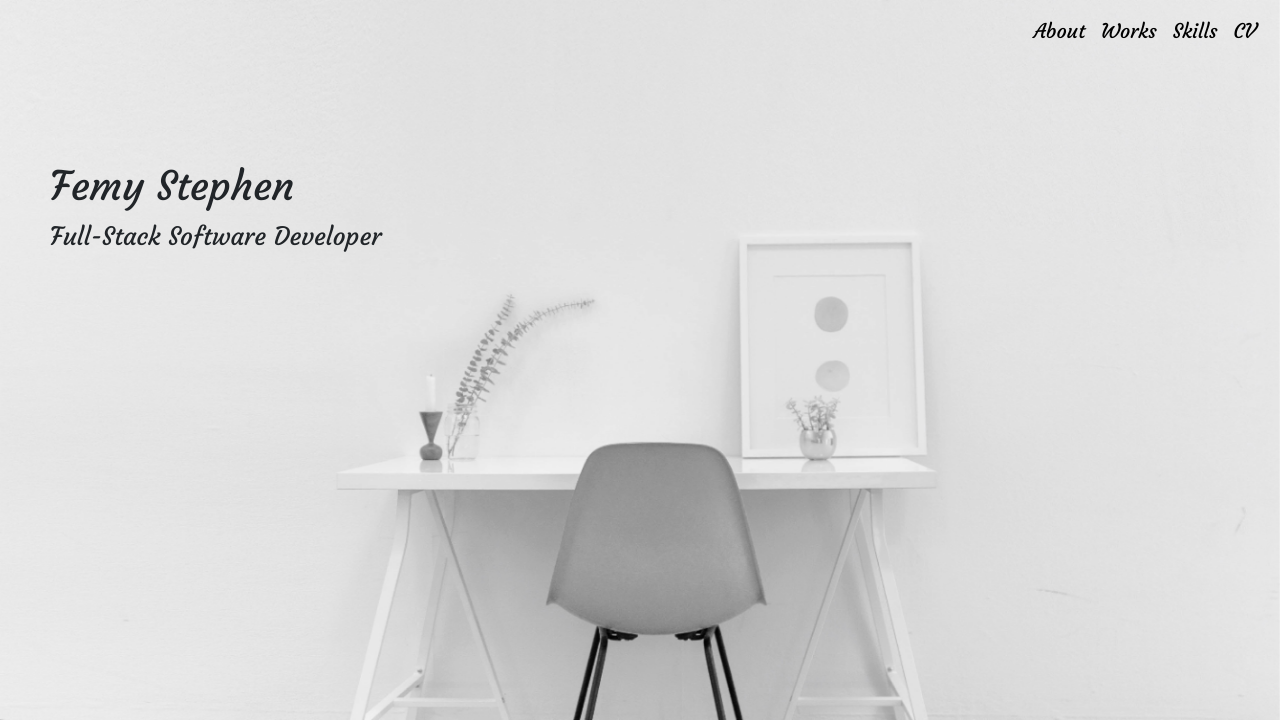
Repository: femy16/FemyStephen
Page: index.html
The author's editor kept a record of every edit. The page is drawn from the files as they stood at one moment, then again after the next edit.
The browser window is 1280 px wide. The pictures show the whole page.
Backgrounds fixed to the window are drawn as part of the page. Some web libraries are served in a nearby version.

Above is the page before.
Not found: hover.css

After the next edit:
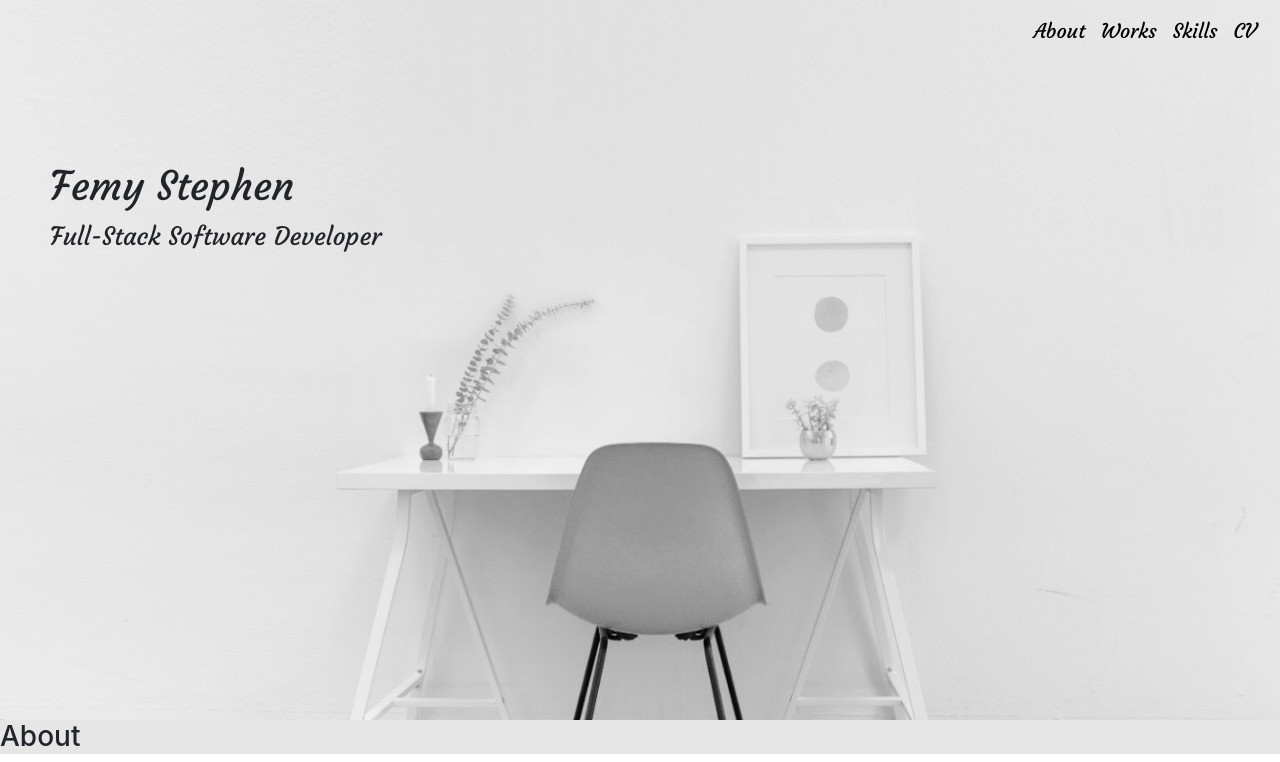
The edit:
--- a/index.html
+++ b/index.html
@@ -52,7 +52,8 @@
     </header>
     <div class="spacer"></div>
     <main>
-      <div class="">
+      <div id="about">
+          <h3>About</h3>
 
       </div>
 
